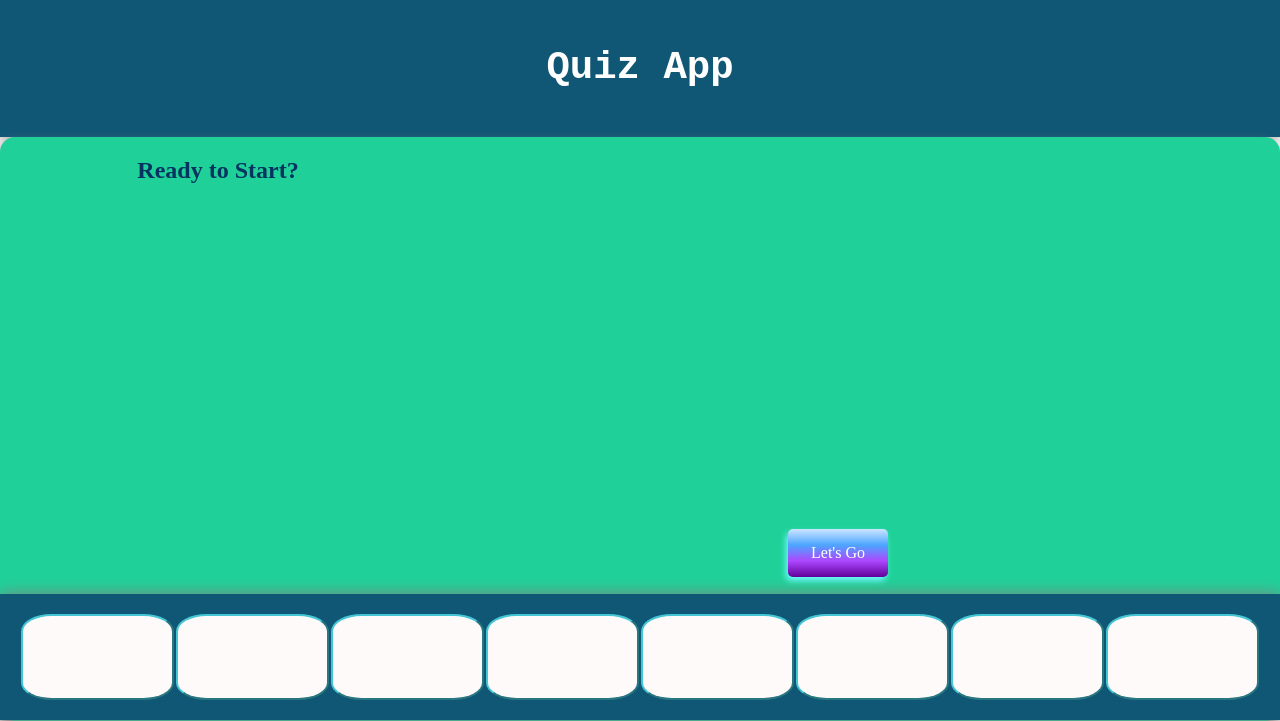
Repository: tpic12/quiz_app
Page: index.html
These files come from the project's save history. The page is drawn as it stood at one moment and after the next save; the edit follows.
The browser window is 1280 px wide. The pictures show the whole page.

Above is the page before, as saved 2019-12-28 15:53:50.

After the next save:
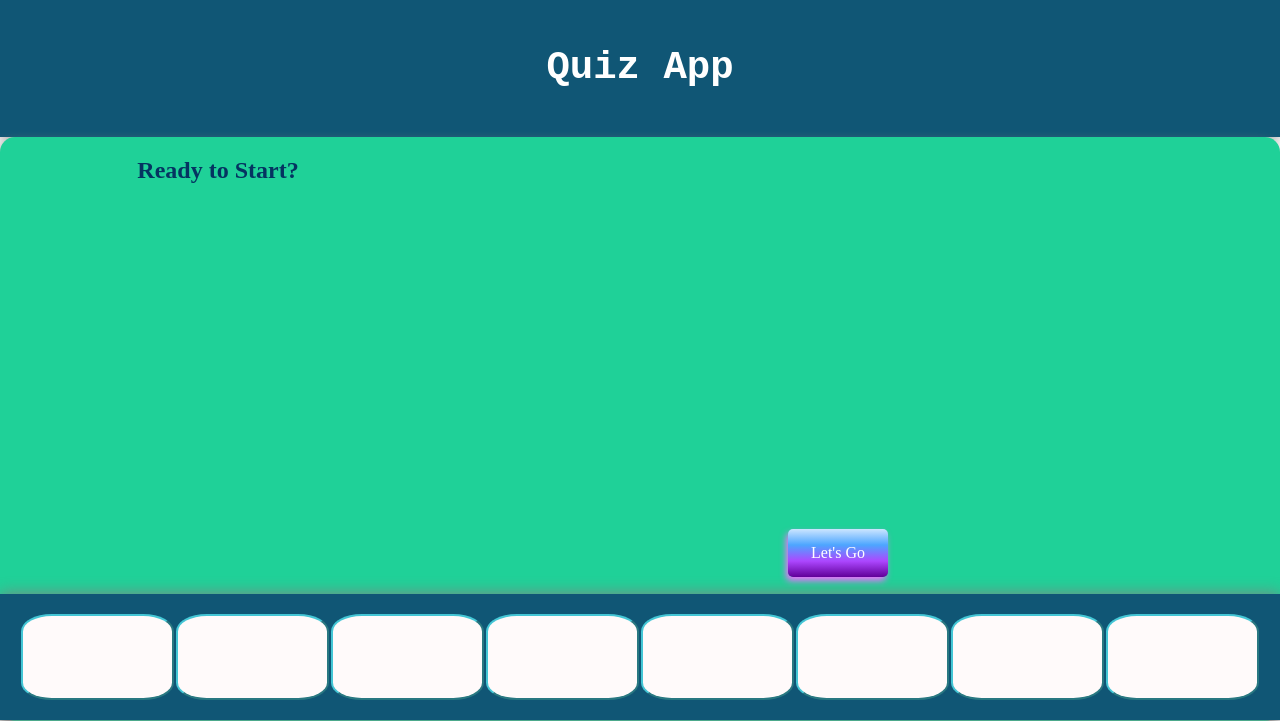
Saved 9 s later.
--- a/app.css
+++ b/app.css
@@ -59,7 +59,7 @@ button {
   min-width: 100px;
   border-radius: 5px;
   padding: 15px;
-  box-shadow: -2px 4px 6px hsl(182, 100%, 72%);
+  box-shadow: -2px 4px 6px hsl(293, 100%, 72%);
 }
 
 .main_card > form#qForm {
